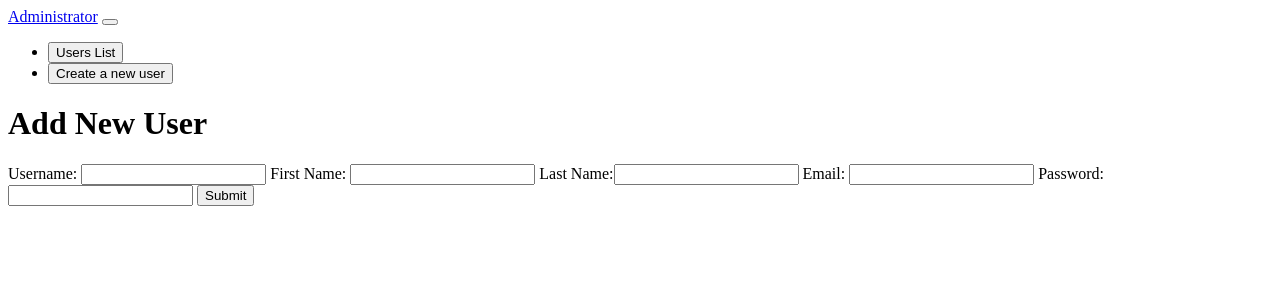
Repository: Dimitris-Kaler/Keycloak-Admin-Web-Interface
Page: http://localhost/rest-api/src/webapp/createUser.jsp
These files come from the project's save history. The page is drawn as it stood at one moment and after the next save; the edit follows.
The browser window is 1280 px wide. The pictures show the whole page.
The page is served by Tomcat 9.

Above is the page before, as saved 2023-12-22 18:32:11.

After the next save:
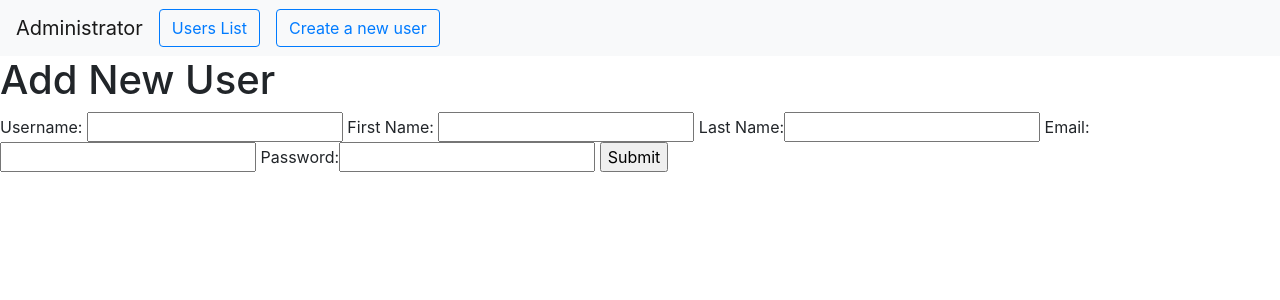
Saved 30 s later.
--- a/rest-api/src/webapp/createUser.jsp
+++ b/rest-api/src/webapp/createUser.jsp
@@ -5,6 +5,7 @@
 <head>
 <meta charset="ISO-8859-1">
 <title>Insert title here</title>
+<link rel="stylesheet" href="https://maxcdn.bootstrapcdn.com/bootstrap/4.0.0/css/bootstrap.min.css" integrity="sha384-Gn5384xqQ1aoWXA+058RXPxPg6fy4IWvTNh0E263XmFcJlSAwiGgFAW/dAiS6JXm" crossorigin="anonymous">
 </head>
 <body>
 	   <nav class="navbar navbar-expand-lg navbar-light bg-light">
